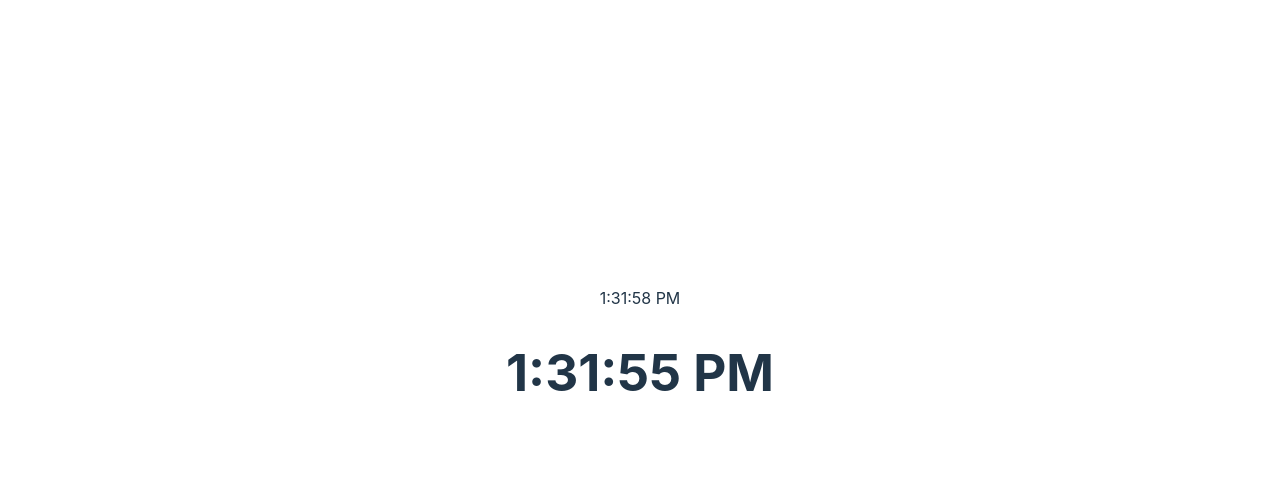
Repository: FARMAN9/inputdata-useRef-and-useEffect
Page: /
The author's editor kept a copy of each file at every save. The page is drawn from the files as they stood at one save, then again after the next save.
The browser window is 1280 px wide. The pictures show the whole page.
The project was rebuilt for these pictures with package versions that can differ from the ones it lists, and the page was loaded fresh each time. Also part of the build but not shown: vite.config.js.

Above is the page before, as saved 2025-01-13 12:44:34.

After the next save:
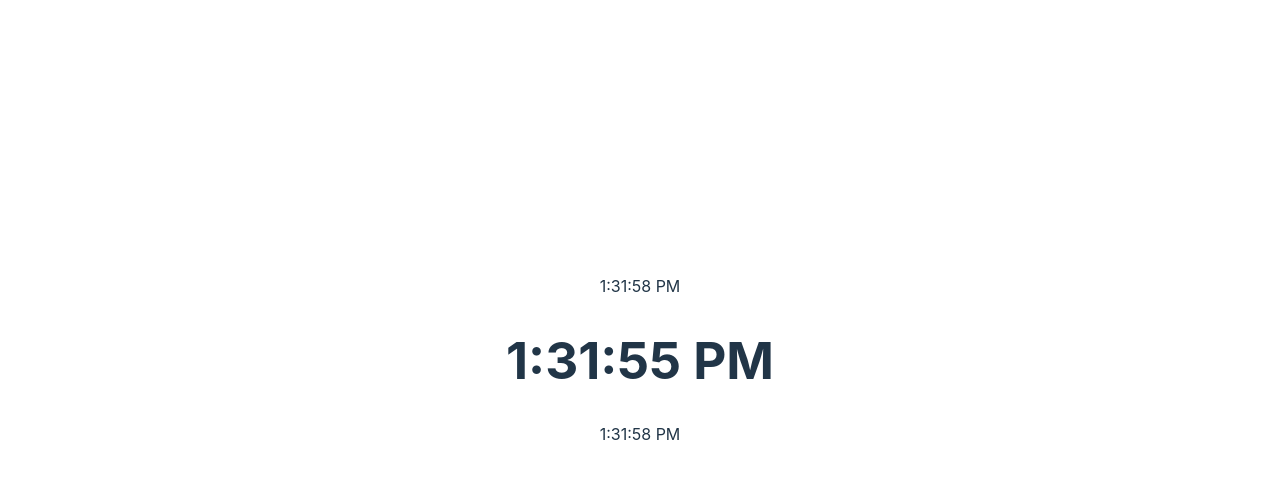
Saved 13 s later.
--- a/src/App.jsx
+++ b/src/App.jsx
@@ -22,6 +22,7 @@ function App() {
     <>
       <Clock time={time} />
       <h1>{lost.toLocaleTimeString()}</h1>
+      <Clock time={time} />
     </>
   );
 }
